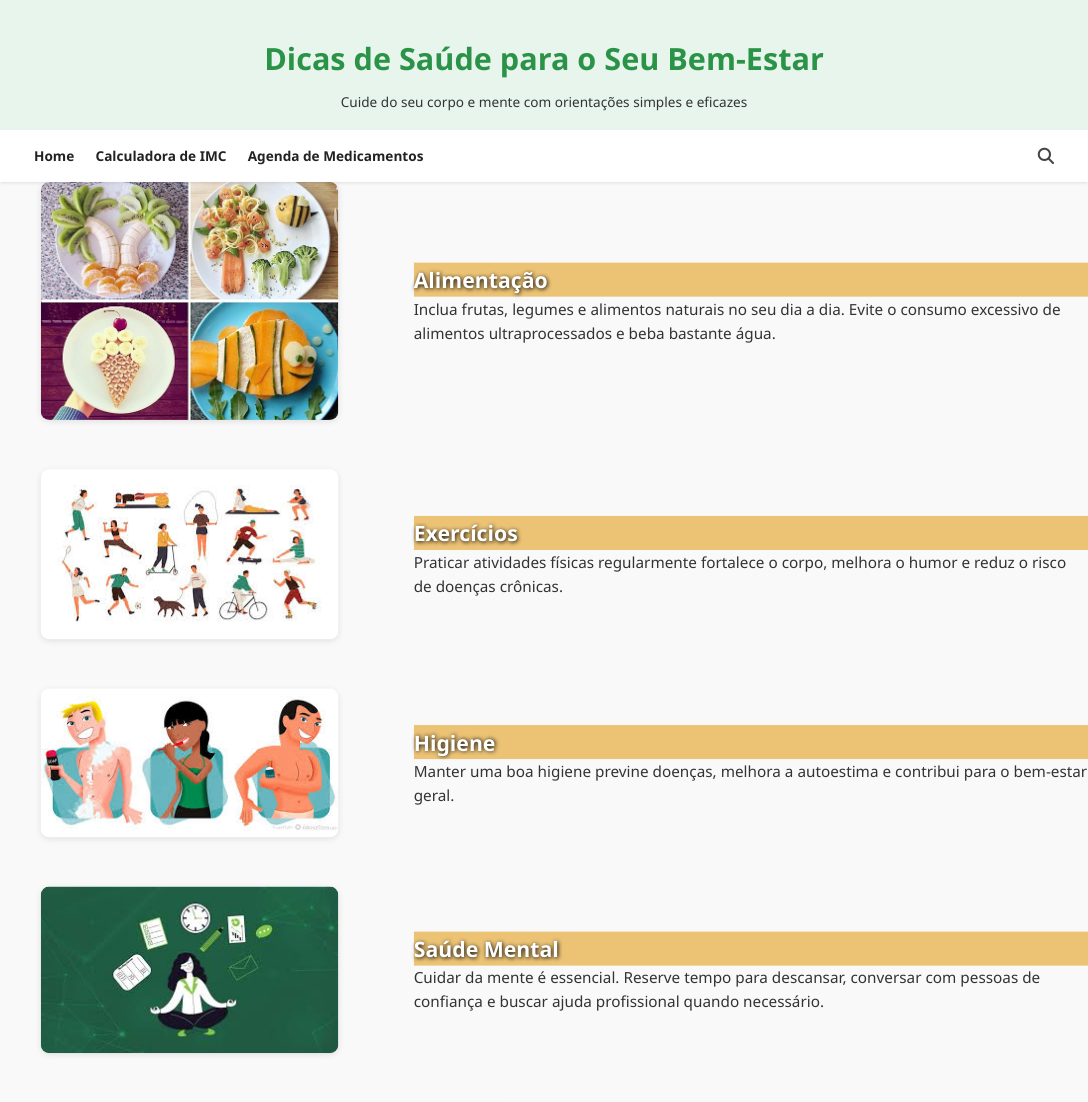
Repository: Cristiane-Sartori14/dicasSaude
Page: index.html
An editor plug-in stored every save of this project. The page is shown before and after the next save, followed by the edit.
The browser window is 1280 px wide. The pictures show the whole page, at 85% of full size.

Above is the page before, as saved 2025-05-18 22:46:59.

After the next save:
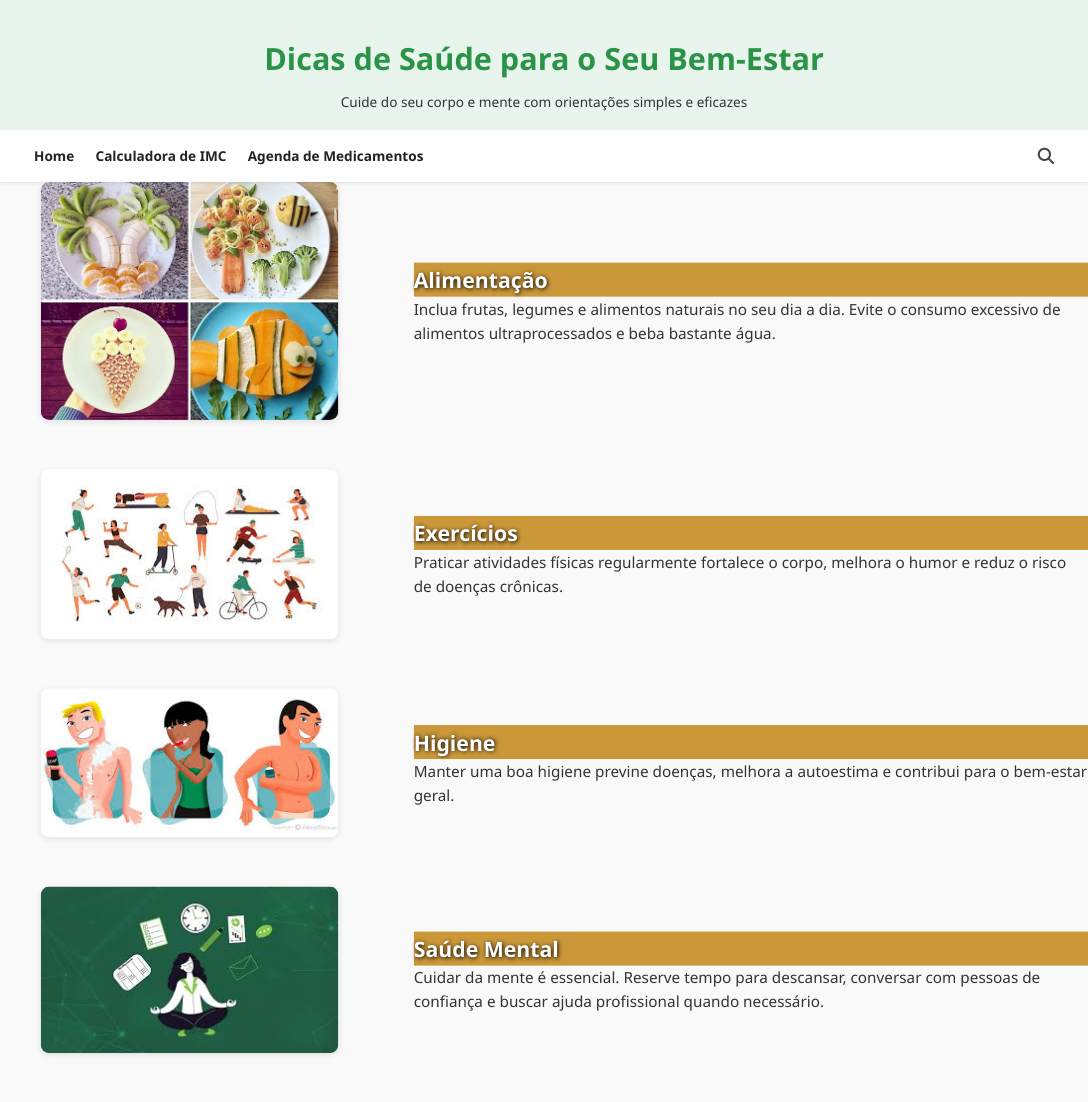
Saved 11 s later.
--- a/style.css
+++ b/style.css
@@ -115,7 +115,7 @@ body {
 .texto h2 {
     font-size: 25px;
     color: #fff;
-    background-color: rgb(236, 195, 117);
+    background-color: rgb(202, 151, 57);
     text-shadow: 1px 1px 5px rgba(0, 0, 0);
 }
 
